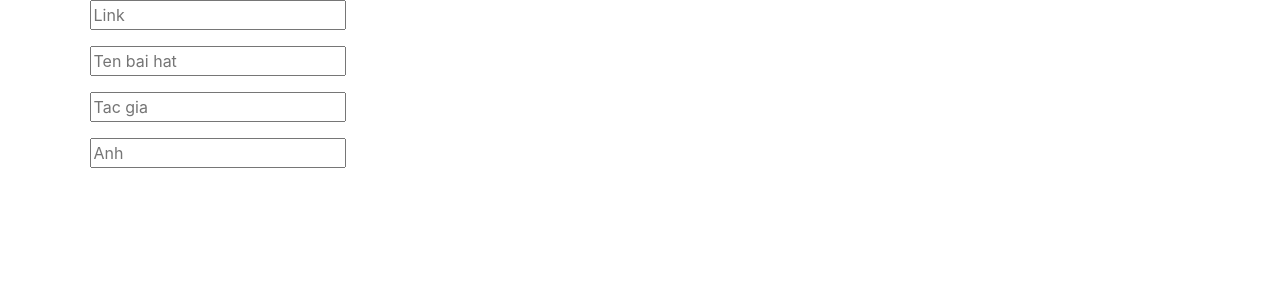
Repository: dovanthao2404/AppMusicHoHo
Page: inex.html
An editor plug-in stored every save of this project. The page is shown before and after the next save, followed by the edit.
The browser window is 1280 px wide. The pictures show the whole page.

Above is the page before, as saved 2021-08-05 08:22:15.

After the next save:
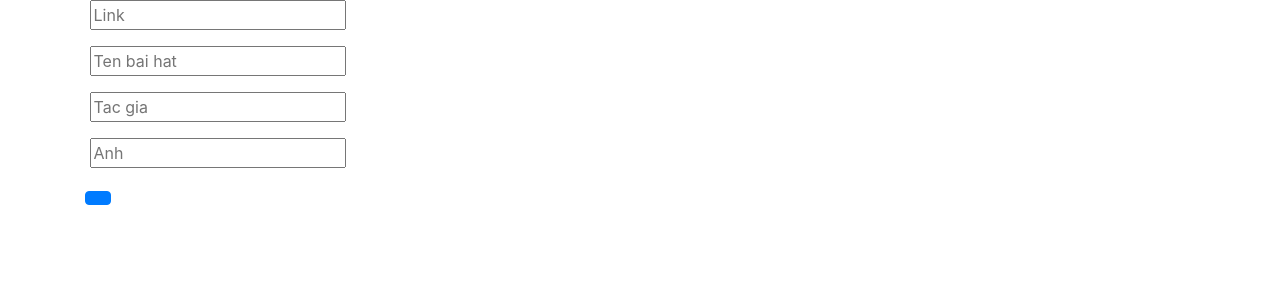
Saved 11 s later.
--- a/inex.html
+++ b/inex.html
@@ -32,6 +32,7 @@
           <label for="img"></label>
           <input id="img" type="text" placeholder="Anh">
         </div>
+        <button class="btn btn-primary"></button>
       </form>
     </div>
   </div>
